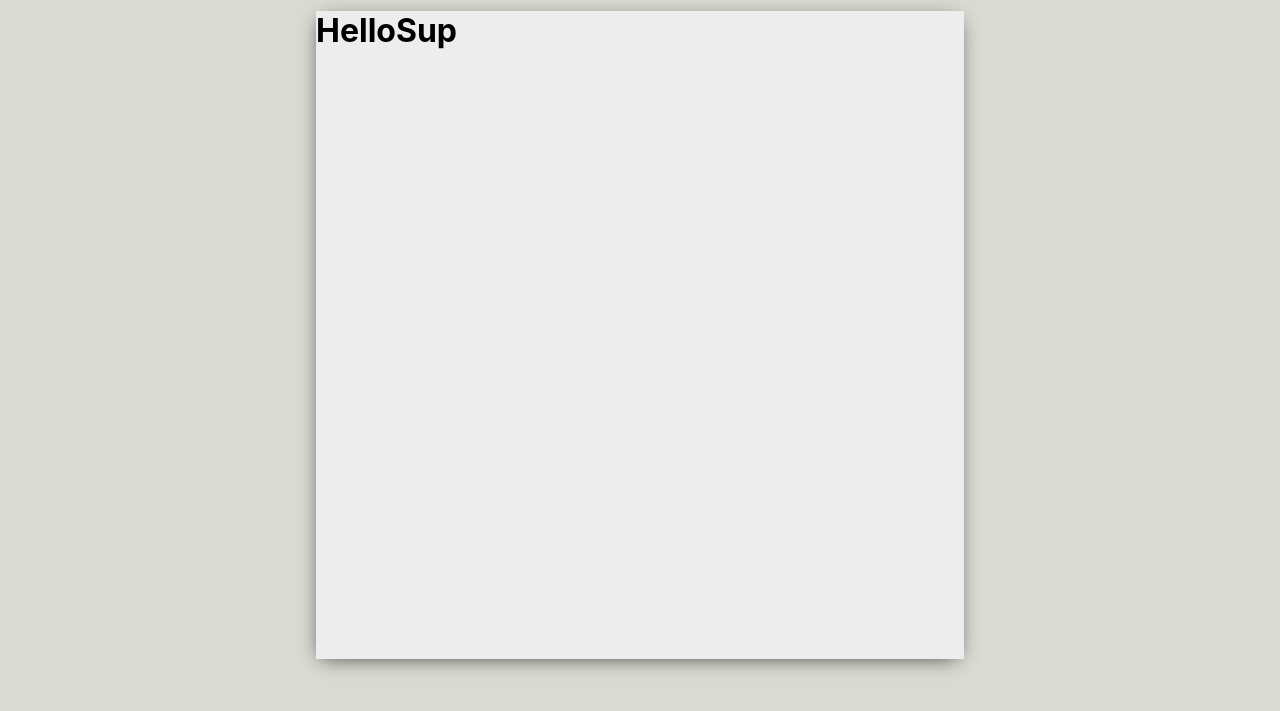
Repository: SayedJamil/WhatsappClone
Page: /
The author's editor kept a copy of each file at every save. The page is drawn from the files as they stood at one save, then again after the next save.
The browser window is 1280 px wide. The pictures show the whole page.
The project was rebuilt for these pictures with package versions that can differ from the ones it lists, and the page was loaded fresh each time. Also part of the build but not shown: src/Chat.css.

Above is the page before, as saved 2021-06-22 22:43:36.

### src/App.js
import React from 'react';
import './App.css';
import Sidebar from './Sidebar';
import Chat from './Chat'
function App() {
  return (
    <div className="app">
      <div className="app_body">
        <Sidebar />
        <Chat />
      </div>

    </div>
  );
}

export default App;

### src/App.css
* {
  margin: 0;
  bottom: 0;
}

.app {
  display: grid;
  place-items: center;
  height: 100vh;
  background-color: #dadbd3;
}

.app_body {
  display: flex;
  background-color: #ededed;
  margin-top: -50px;
  height: 90vh;
  width: 90vh;
  box-shadow: -1px 4px 20px -6px rgba(0, 0, 0, 0.75);
}

### src/Sidebar.js
import React from 'react'
import './Sidebar.css'


function Sidebar() {
    return (
        <div className="sidebar">
            <h1>Hello </h1>
        </div>
    )
}

export default Sidebar

### src/Chat.js
import React from 'react'
import './Chat.css'
function Chat() {
    return (
        <div className="chat">
            <h1>Sup</h1>
        </div>
    )
}

export default Chat

### src/Sidebar.css
sidebar {
  display: flex;
  flex-direction: column;
  flex: 0.35;
}

Loaded but not shown: public/index.html (common file); src/index.js (common file); src/index.css (common file); src/Chat.css (no copy from this time; the picture is the same without it)

After the next save:
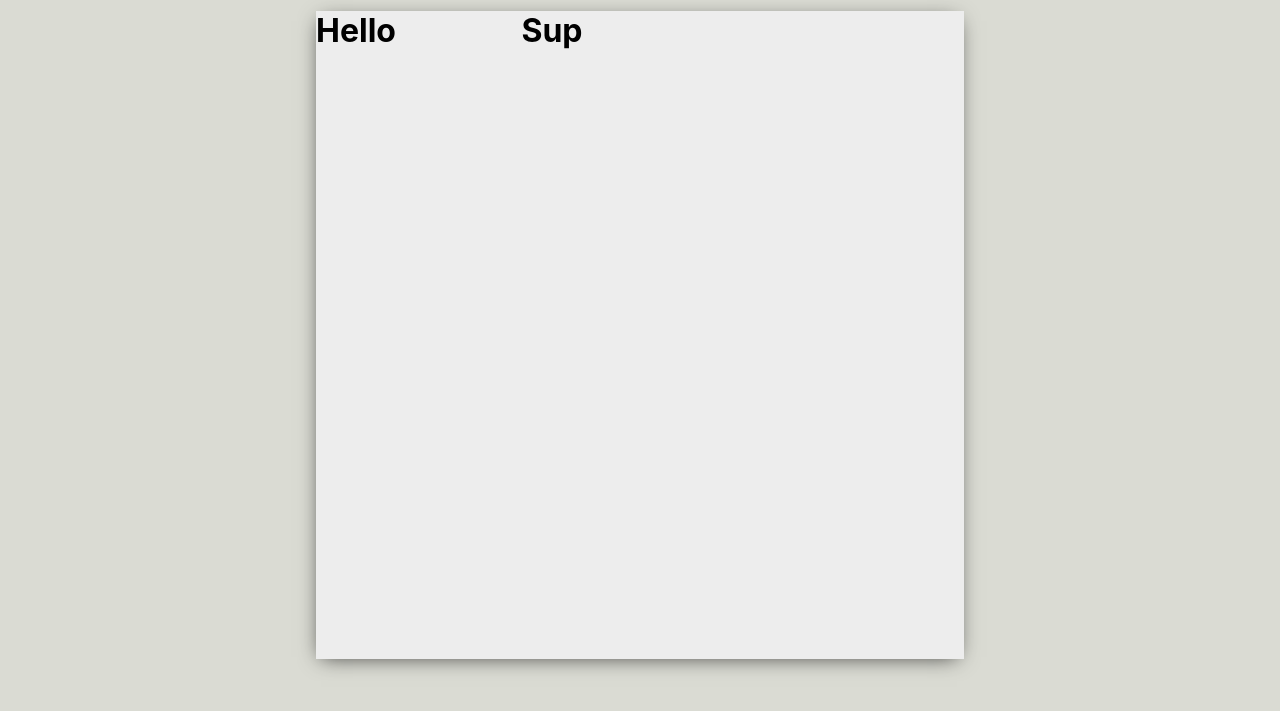
Saved 5 s later.
--- a/src/Sidebar.css
+++ b/src/Sidebar.css
@@ -1,4 +1,4 @@
-sidebar {
+.sidebar {
   display: flex;
   flex-direction: column;
   flex: 0.35;
